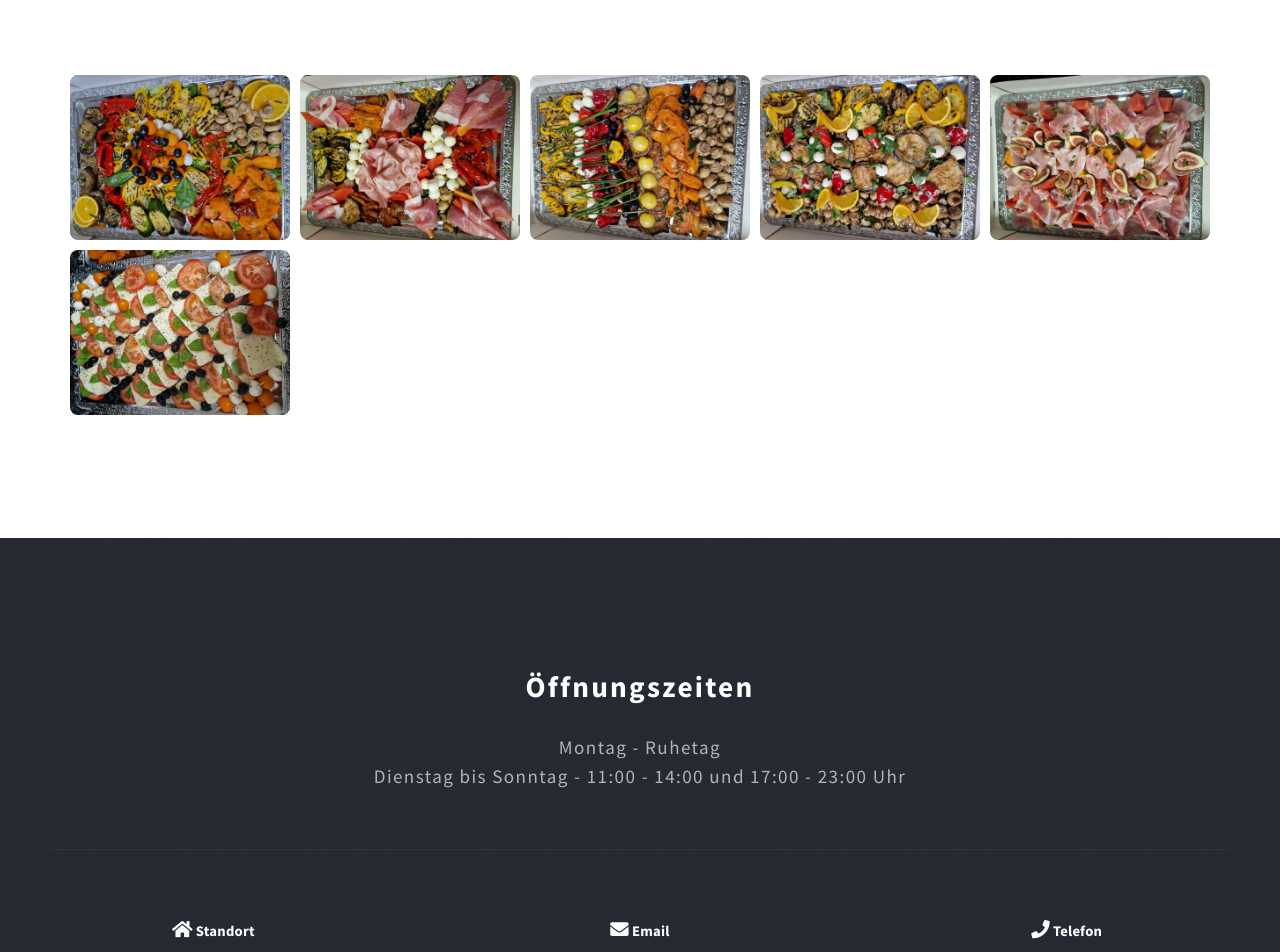
Repository: restaurantlamontana/restaurantlamontana.github.io
Page: index.html
These files come from the project's save history. The page is drawn as it stood at one moment and after a run of saves; the edit follows.
The browser window is 1280 px wide. The pictures show the part of the page from y = 891 to 1843 px (the page is 1985 px tall before and 2160 px after).

Above is the page before, as saved 2024-07-14 18:35:40.

### index.html
<!DOCTYPE html>
<!--
	Escape Velocity by HTML5 UP
	html5up.net | @ajlkn
	Free for personal and commercial use under the CCA 3.0 license (html5up.net/license)
-->
<html>
  <head>
    <title>La Montana</title>
    <meta charset="utf-8" />
    <meta
      name="viewport"
      content="width=device-width, initial-scale=1, user-scalable=no"
    />
    <link rel="stylesheet" href="assets/css/main.css" />
  </head>
  <body class="homepage is-preload">
    <div id="page-wrapper">
      <!-- Header -->
      <section id="header" class="wrapper">
        <!-- Logo -->
        <div id="logo">
          <h1><a href="index.html">La Montana</a></h1>
          <p>Restaurant</p>
        </div>

        <!-- Nav -->
        <nav id="nav">
          <ul>
            <li class="current"><a href="index.html">Home</a></li>
            <li><a href="assets/Speisekarte_Scan.pdf" target="_blank">Speisekarte</a></li>
            <li><a href="blog.html">Blog</a></li>
          </ul>
        </nav>
      </section>

      <!-- Intro -->
      <section id="intro" class="wrapper style1">
        <div class="container">
			<br><br><br><br>
          <p class="style1">Das Restaurant La Montana in Veitshöchheim...</p>
          <ul class="actions">
            <li><a href="assets/Speisekarte_Scan.pdf" target="_blank" class="button style3 large">Speisekarte</a></li>
          </ul>
        </div>
      </section>

	  <!-- Image Grid -->
      <section class="wrapper">
        <div class="container">
          <div class="image-grid">
            <img src="images/IMG_3194.JPG">
            <img src="images/IMG_3195.JPG">
            <img src="images/IMG_3196.JPG">
            <img src="images/IMG_3197.JPG">
            <img src="images/IMG_3198.JPG">
            <img src="images/IMG_3199.JPG">
          </div>
        </div>
      </section>

      <!-- Footer -->
      <section id="footer" class="wrapper">
		<div class="container">
			<header class="style1">
				<h2>Öffnungszeiten</h2>
				<p>
					Montag - Ruhetag <br />
					Dienstag bis Sonntag - 11:00 - 14:00 und 17:00 - 23:00 Uhr
				</p>
			</header>
			</div>
			<div class="flex-container">
				<div class="flex-item">
					<h3 class="icon solid fa-home">   Standort</h3>
					<p>
						Stifterstrasse 14<br />
						97209 Veitshöchheim<br />
					</p>
				</div>
				<div class="flex-item">
					<h3 class="icon solid fa-envelope">   Email</h3>
					<p>
						<a href="#">lamontana@gmail.com</a>
					</p>
				</div>
				<div class="flex-item">
					<h3 class="icon solid fa-phone">   Telefon</h3>
					<p>0931-4529111</p>
				</div>
				</div>
		</div>
	</section>
</body>
</html>

Loaded but not shown: assets/css/fontawesome-all.min.css (library); assets/css/main.css (3147 lines, source omitted)

After the next 4 saves:
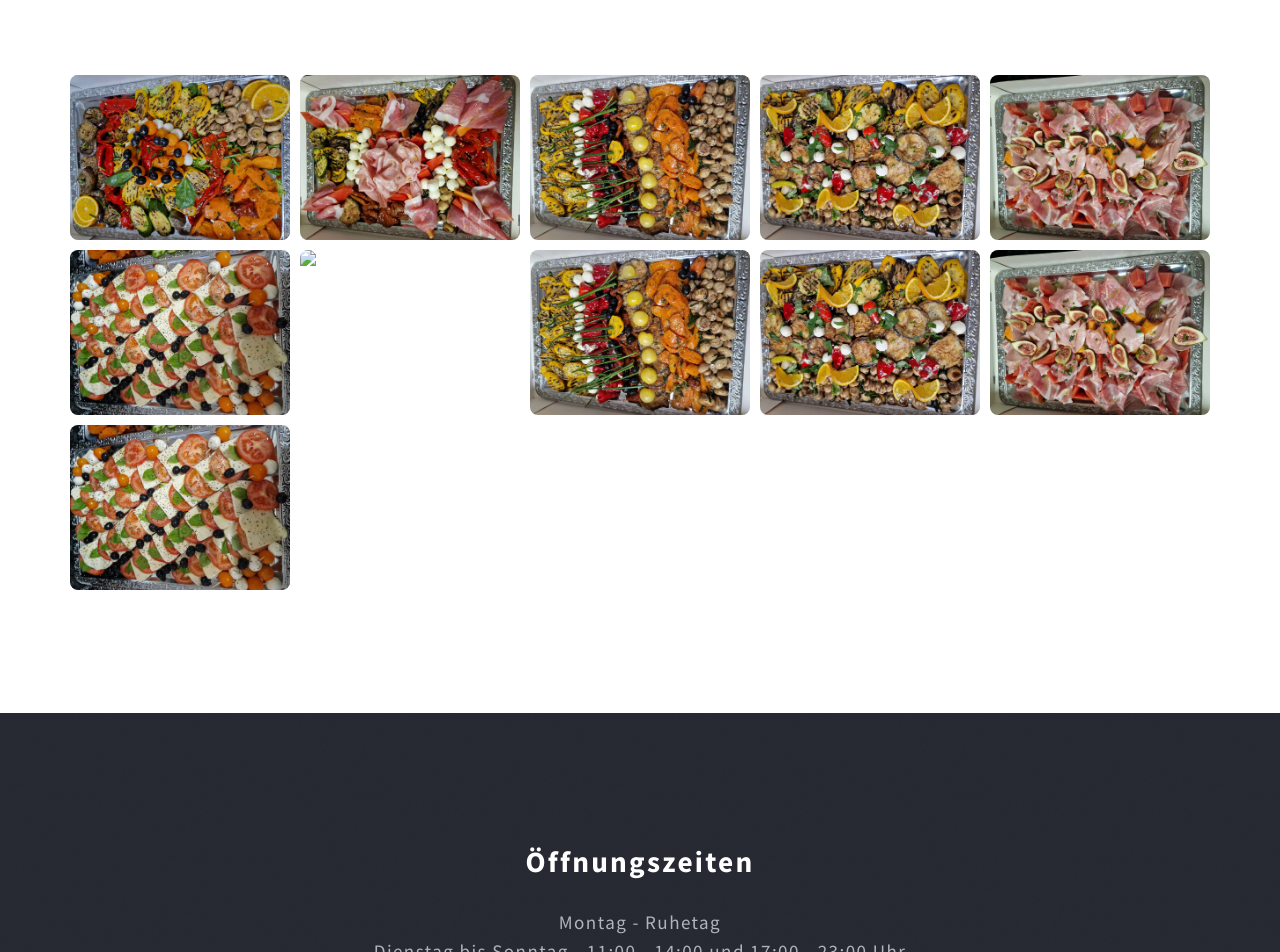
The 4 saves are shown as one change because they came seconds apart.
The last was saved 10 s later.
--- a/index.html
+++ b/index.html
@@ -55,6 +55,12 @@
             <img src="images/IMG_3197.JPG">
             <img src="images/IMG_3198.JPG">
             <img src="images/IMG_3199.JPG">
+			<img src="images/>
+            <img src="images/IMG_3195.JPG">
+            <img src="images/IMG_3196.JPG">
+            <img src="images/IMG_3197.JPG">
+            <img src="images/IMG_3198.JPG">
+            <img src="images/IMG_3199.JPG">
           </div>
         </div>
       </section>
